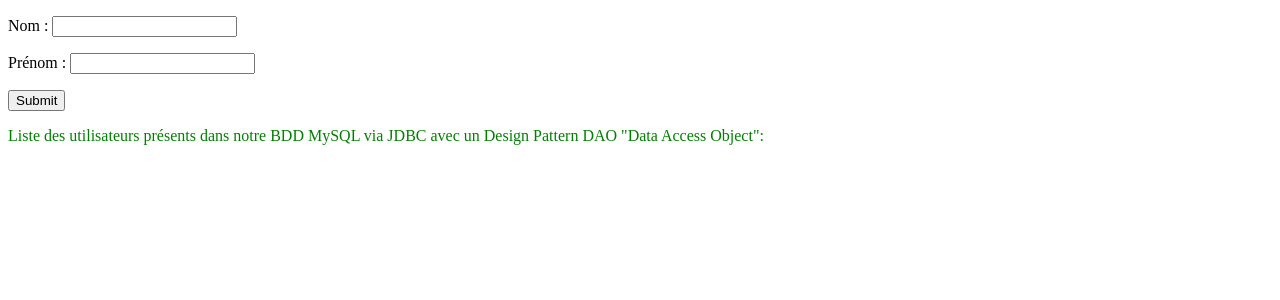
Repository: Javeuch/OpenclassroomJavaEE
Page: http://localhost/test/testDAO
An editor plug-in stored every save of this project. The page is shown before and after the next save, followed by the edit.
The browser window is 1280 px wide. The pictures show the whole page.
The page is served by Tomcat 9. Other server files are loaded and not shown. Queries for data that is not in the repository find no rows.

Above is the page before, as saved 2022-04-27 10:22:57.

### openclassroomsJavaee/test/WebContent/WEB-INF/testDAO.jsp
<%@ page language="java" contentType="text/html; charset=UTF-8"
    pageEncoding="UTF-8"%>
<!DOCTYPE html>
<html>
<head>
<meta charset="UTF-8">
<title>test avec DAO</title>
</head>
<body>
	<form method="post" action="testBDD">
		<p>
			<label for="nom">Nom : </label>
			<input type="text" name="nom" id="nom" />
		</p>
		<p>
			<label for="prenom">Prénom : </label>
			<input type="text" name="prenom" id="prenom" />
		</p>

		<input type="submit" />
	</form>

<p style="color:green; italic;"> Liste des utilisateurs présents dans notre BDD MySQL via JDBC avec un Design Pattern DAO "Data Access Object": </p>
	<ul>
		<c:forEach var="utilisateur" items="${ utilisateurs }">
			<li>
			<c:out value="${ utilisateur.prenom }" />
			<c:out value="${ utilisateur.nom }" />
			</li>
		</c:forEach>
	</ul>
</body>
</html>

### openclassroomsJavaee/test/WebContent/WEB-INF/taglibs.jsp
<%@ page pageEncoding="UTF-8"%>
<%@ taglib uri="http://java.sun.com/jsp/jstl/core" prefix="c"%>

### openclassroomsJavaee/test/src/com/octest/servlets/TestDAO.java
package com.octest.servlets;

import java.io.IOException;
import javax.servlet.ServletException;
import javax.servlet.annotation.WebServlet;
import javax.servlet.http.HttpServlet;
import javax.servlet.http.HttpServletRequest;
import javax.servlet.http.HttpServletResponse;

import com.octest.beans.Utilisateur;
import com.octest.dao.DaoFactory;
import com.octest.dao.UtilisateurDao;

@WebServlet("/TestDAO")
public class TestDAO extends HttpServlet {

	// Ajout d'une variable UtilisateurDAO
	private static final long serialVersionUID = 1L;
    private UtilisateurDao utilisateurDao;

    // Méthode permettant d'initialiser un UtilisateurDAO connecté à la BDD (se place avant doGet et doPost)
    public void init() throws ServletException {
        DaoFactory daoFactory = DaoFactory.getInstance();
        this.utilisateurDao = daoFactory.getUtilisateurDao();
    }

    // Constructor vide
    public TestDAO() {
        super();

    }

	protected void doGet(HttpServletRequest request, HttpServletResponse response) throws ServletException, IOException {

		 request.setAttribute("utilisateurs", utilisateurDao.lister());
	     this.getServletContext().getRequestDispatcher("/WEB-INF/testDAO.jsp").forward(request, response);
	}

	protected void doPost(HttpServletRequest request, HttpServletResponse response) throws ServletException, IOException {

		Utilisateur utilisateur = new Utilisateur();
        utilisateur.setNom(request.getParameter("nom"));
        utilisateur.setPrenom(request.getParameter("prenom"));

        utilisateurDao.ajouter(utilisateur);

        request.setAttribute("utilisateurs", utilisateurDao.lister());

        this.getServletContext().getRequestDispatcher("/WEB-INF/testDAO.jsp").forward(request, response);

	}

}

### openclassroomsJavaee/test/src/com/octest/dao/DaoFactory.java
package com.octest.dao;

import java.sql.Connection;
import java.sql.DriverManager;
import java.sql.SQLException;

public class DaoFactory {

	// Variables de connexion à la BDD
    private String url;
    private String username;
    private String password;

    // Constructor
    DaoFactory(String url, String username, String password) {
        this.url = url;
        this.username = username;
        this.password = password;
    }

    // Obtention d'un Objet connecté (appelé "instance") à la BDD MySQL via JDBC
    public static DaoFactory getInstance() {
        try {
            Class.forName("com.mysql.jdbc.Driver");
        } catch (ClassNotFoundException e) {

        }

        DaoFactory instance = new DaoFactory("jdbc:mysql://localhost:3306/javaee", "root", "euch");
        return instance;
    }

    // Méthode de connexion
    public Connection getConnection() throws SQLException {
        return DriverManager.getConnection(url, username, password);
    }

    // Récupération du Dao
    public UtilisateurDao getUtilisateurDao() {
        return new UtilisateurDaoImpl(this);
    }
}

### openclassroomsJavaee/test/src/com/octest/dao/UtilisateurDaoImpl.java
package com.octest.dao;

import java.sql.Connection;
import java.sql.PreparedStatement;
import java.sql.ResultSet;
import java.sql.SQLException;
import java.sql.Statement;
import java.util.ArrayList;
import java.util.List;

import com.octest.beans.Utilisateur;

public class UtilisateurDaoImpl implements UtilisateurDao {
    private DaoFactory daoFactory;

    UtilisateurDaoImpl(DaoFactory daoFactory) {
        this.daoFactory = daoFactory;
    }

    @Override
    public void ajouter(Utilisateur utilisateur) {
        Connection connexion = null;
        PreparedStatement preparedStatement = null;

        try {
            connexion = daoFactory.getConnection();
            preparedStatement = connexion.prepareStatement("INSERT INTO noms(nom, prenom) VALUES(?, ?);");
            preparedStatement.setString(1, utilisateur.getNom());
            preparedStatement.setString(2, utilisateur.getPrenom());

            preparedStatement.executeUpdate();
        } catch (SQLException e) {
            e.printStackTrace();
        }

    }

    @Override
    public List<Utilisateur> lister() {
        List<Utilisateur> utilisateurs = new ArrayList<Utilisateur>();
        Connection connexion = null;
        Statement statement = null;
        ResultSet resultat = null;

        try {
            connexion = daoFactory.getConnection();
            statement = connexion.createStatement();
            resultat = statement.executeQuery("SELECT nom, prenom FROM noms;");

            while (resultat.next()) {
                String nom = resultat.getString("nom");
                String prenom = resultat.getString("prenom");

                Utilisateur utilisateur = new Utilisateur();
                utilisateur.setNom(nom);
                utilisateur.setPrenom(prenom);

                utilisateurs.add(utilisateur);
            }
        } catch (SQLException e) {
            e.printStackTrace();
        }
        return utilisateurs;
    }


}

After the next save:
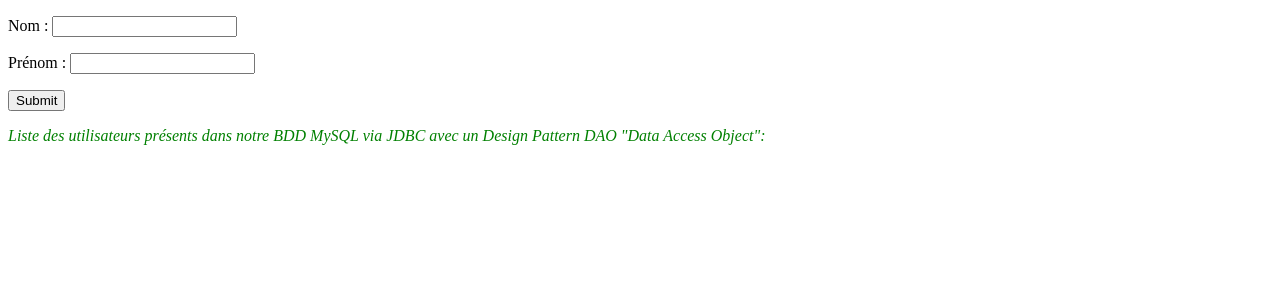
Saved 68 s later.
--- a/openclassroomsJavaee/test/WebContent/WEB-INF/testDAO.jsp
+++ b/openclassroomsJavaee/test/WebContent/WEB-INF/testDAO.jsp
@@ -20,7 +20,7 @@
 		<input type="submit" />
 	</form>
 
-<p style="color:green; italic;"> Liste des utilisateurs présents dans notre BDD MySQL via JDBC avec un Design Pattern DAO "Data Access Object": </p>
+<p style="color:green; font-style:italic;"> Liste des utilisateurs présents dans notre BDD MySQL via JDBC avec un Design Pattern DAO "Data Access Object": </p>
 	<ul>
 		<c:forEach var="utilisateur" items="${ utilisateurs }">
 			<li>

After the save that followed:
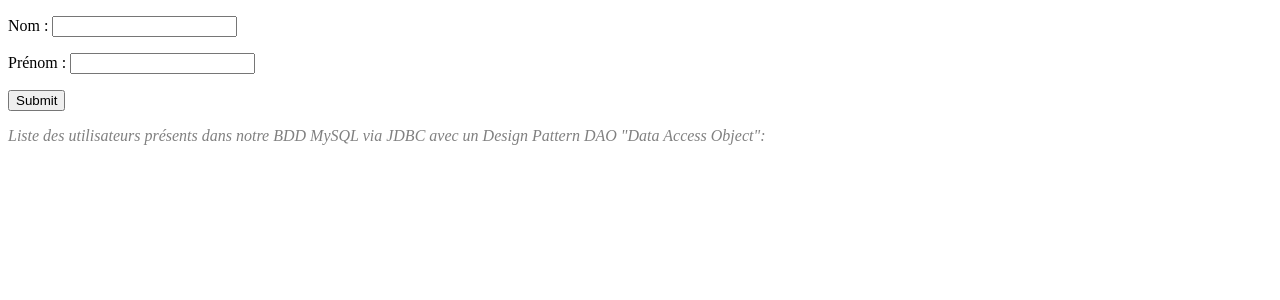
Saved 46 s later.
--- a/openclassroomsJavaee/test/WebContent/WEB-INF/testDAO.jsp
+++ b/openclassroomsJavaee/test/WebContent/WEB-INF/testDAO.jsp
@@ -20,7 +20,7 @@
 		<input type="submit" />
 	</form>
 
-<p style="color:green; font-style:italic;"> Liste des utilisateurs présents dans notre BDD MySQL via JDBC avec un Design Pattern DAO "Data Access Object": </p>
+<p style="color:grey; font-style:italic;"> Liste des utilisateurs présents dans notre BDD MySQL via JDBC avec un Design Pattern DAO "Data Access Object": </p>
 	<ul>
 		<c:forEach var="utilisateur" items="${ utilisateurs }">
 			<li>
